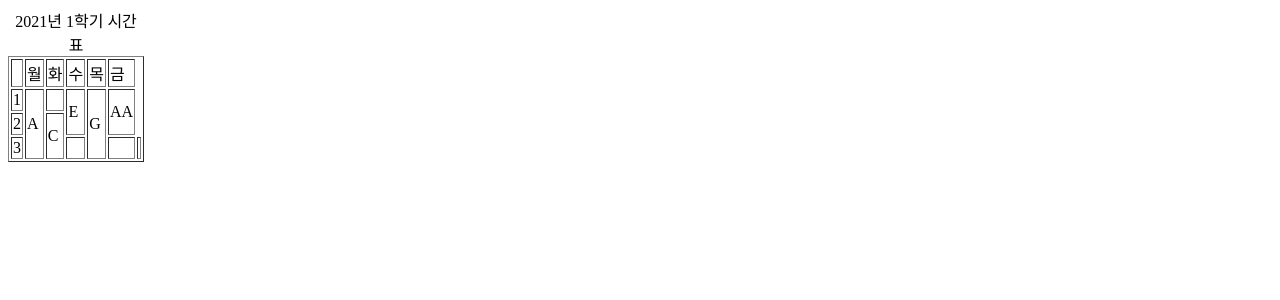
Repository: o-ddong/JSP
Page: ch1_html/WebContent/hello.html
The author's editor kept a copy of each file at every save. The page is drawn from the files as they stood at one save, then again after the next save.
The browser window is 1280 px wide. The pictures show the whole page.

Above is the page before, as saved 2021-03-03 05:53:20.

### ch1_html/WebContent/hello.html
<!DOCTYPE html>
<html>
<head>
<meta charset="EUC-KR">
<title>Insert title here</title>
<style type = "text/css">
	.style0{border:solid;}
	.style1{font-family:궁서체 ; color:red; font-size:25px; width:100px}
	.style2{font-family:italic; color:blur; font-size:18px; width:50px}
	.style3{background-color:yellow;}
</style>
</head>
<body>

<table border="1">
	<caption>2021년 1학기 시간표</caption>
	<tr>
		<td></td>
		<td>월</td>
		<td>화</td>
		<td>수</td>
		<td>목</td>
		<td>금</td>
	</tr>
	<tr>
		<td>1</td>
		<td rowspan=3>A</td>
		<td></td>
		<td rowspan=2>E</td>
		<td rowspan=3>G</td>
		<td rowspan=2>AA</td>
	</tr>
	<tr>
		<td>2</td>
		<td rowspan=3>C</td>
	</tr>
	<tr>
		<td>3</td>
		<td></td>
		<td> </td>
		<td></td>
	</tr>


</table>

</body>
</html>

After the next save:
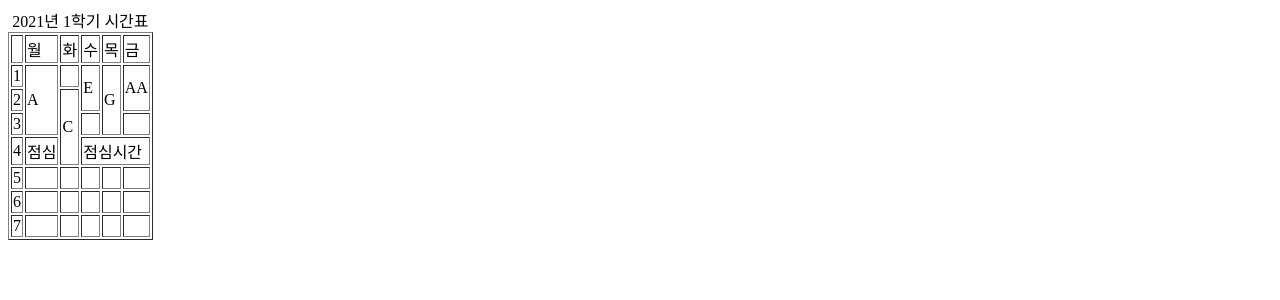
Saved 91 s later.
--- a/ch1_html/WebContent/hello.html
+++ b/ch1_html/WebContent/hello.html
@@ -37,7 +37,35 @@
 	<tr>
 		<td>3</td>
 		<td></td>
-		<td> </td>
+		<td></td>
+	</tr>
+	<tr>
+		<td>4</td>
+		<td>점심</td>
+		<td colspan=3>점심시간</td>
+	</tr>
+	<tr>
+		<td>5</td>
+		<td></td>
+		<td></td>
+		<td></td>
+		<td></td>
+		<td></td>
+	</tr>
+	<tr>
+		<td>6</td>
+		<td></td>
+		<td></td>
+		<td></td>
+		<td></td>
+		<td></td>
+	</tr>
+	<tr>
+		<td>7</td>
+		<td></td>
+		<td></td>
+		<td></td>
+		<td></td>
 		<td></td>
 	</tr>
 
